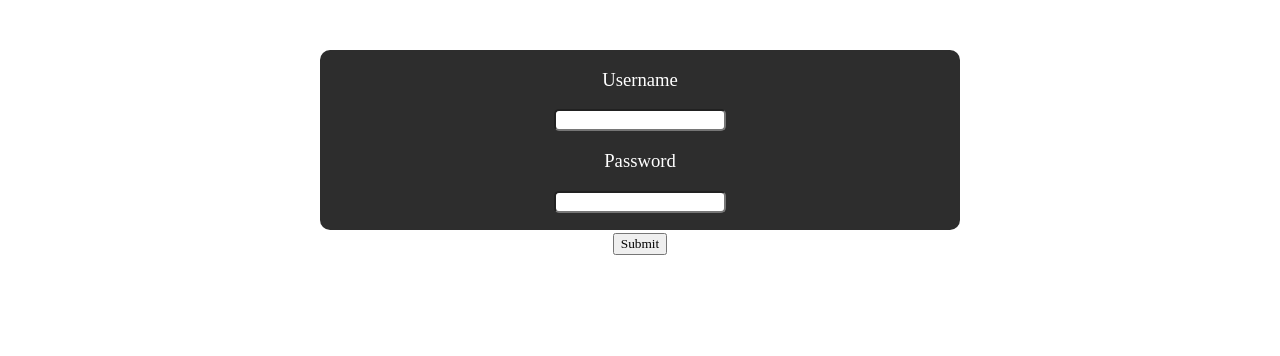
Repository: rdf004/playfab_blackjack
Page: /
These files come from the project's save history. The page is drawn as it stood at one moment and after the next save; the edit follows.
The browser window is 1280 px wide. The pictures show the whole page.
Some web fonts or font styles are not loaded; a fallback is used. The project was rebuilt for these pictures with package versions that can differ from the ones it lists, and the page was loaded fresh each time. Also part of the build but not shown: src/Components/App.js.

Above is the page before, as saved 2020-05-07 20:27:36.

After the next save:
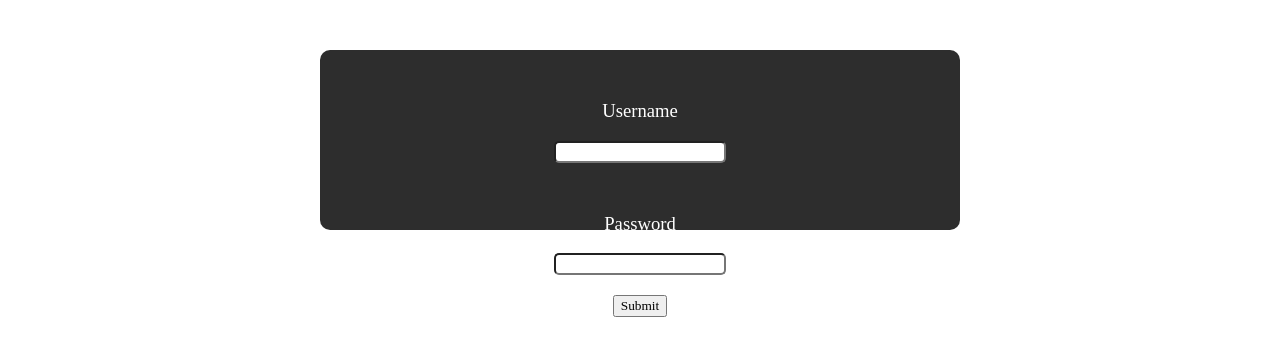
Saved 19 s later.
--- a/src/Style/style.css
+++ b/src/Style/style.css
@@ -13,6 +13,10 @@
     margin-top: 50px;
 
     border-radius: 10px;
+}
+
+.form-div {
+    margin-top: 50px;
 }
 
 .login-form {
